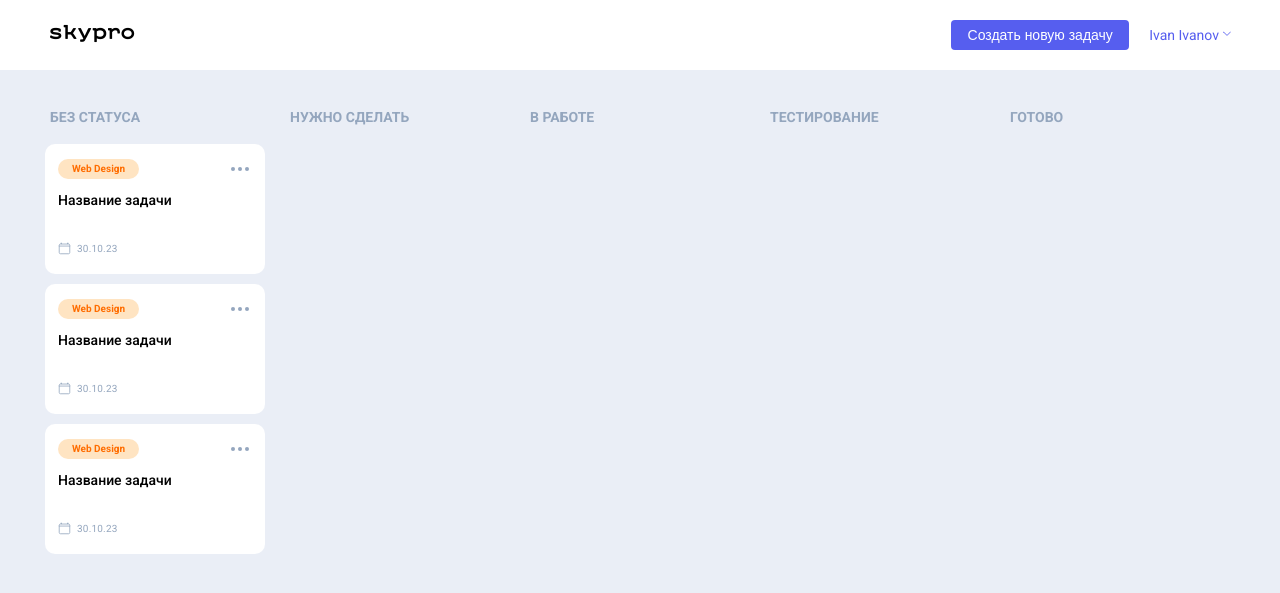
Repository: Olchik-resh/skypro-kanban
Page: /
An editor plug-in stored every save of this project. The page is shown before and after the next save, followed by the edit.
The browser window is 1280 px wide. The pictures show the whole page.
The project was rebuilt for these pictures with package versions that can differ from the ones it lists, and the page was loaded fresh each time. Also part of the build but not shown: vite.config.js.

Above is the page before, as saved 2025-07-28 16:41:45.

After the next save:
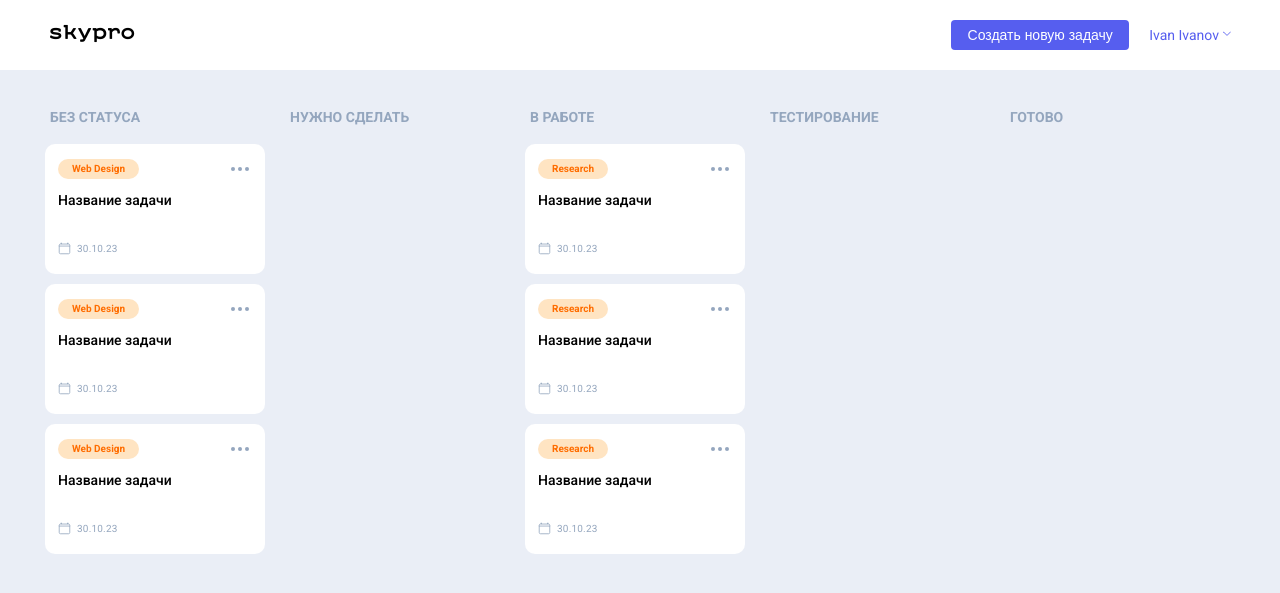
Saved 8 s later.
--- a/src/components/mokcs/tasks.js
+++ b/src/components/mokcs/tasks.js
@@ -1,6 +1,6 @@
 const tasks = [
   { id: 1, topic: 'Web Design', title: 'Название задачи', date: '30.10.23', status: 'Без статуса' },
-  { id: 2, topic: 'Research', title: 'Название задачи', date: '30.10.23', status: '' },
+  { id: 2, topic: 'Research', title: 'Название задачи', date: '30.10.23', status: 'В работе' },
   { id: 3, topic: 'Copywriting', title: 'Название задачи', date: '30.10.23', status: '' },
 ]
 
